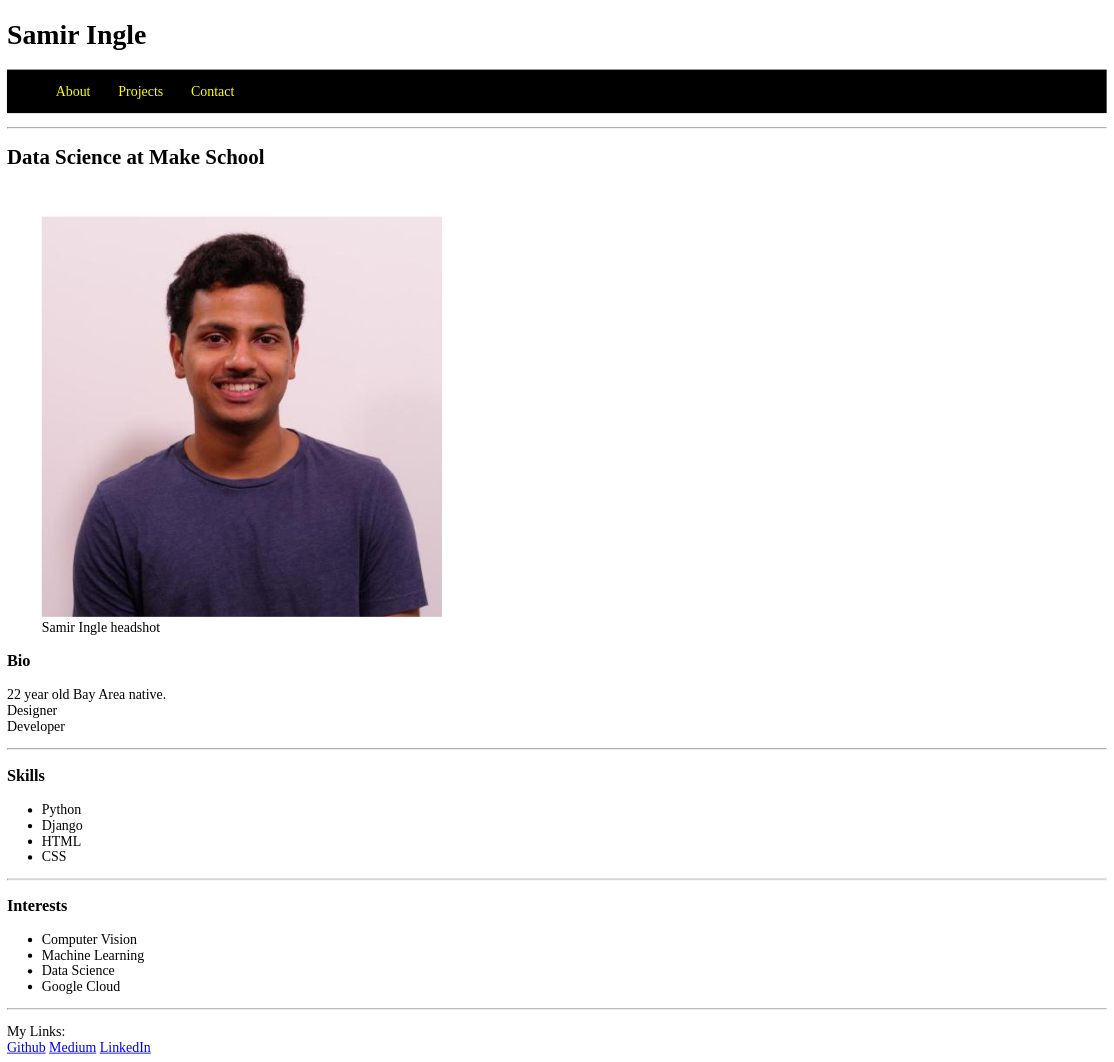
Repository: SamirIngley/html-semantic
Page: index.html
An editor plug-in stored every save of this project. The page is shown before and after the next save, followed by the edit.
The browser window is 1280 px wide. The pictures show the whole page, at 87% of full size.

Above is the page before, as saved 2020-01-28 16:36:22.

After the next save:
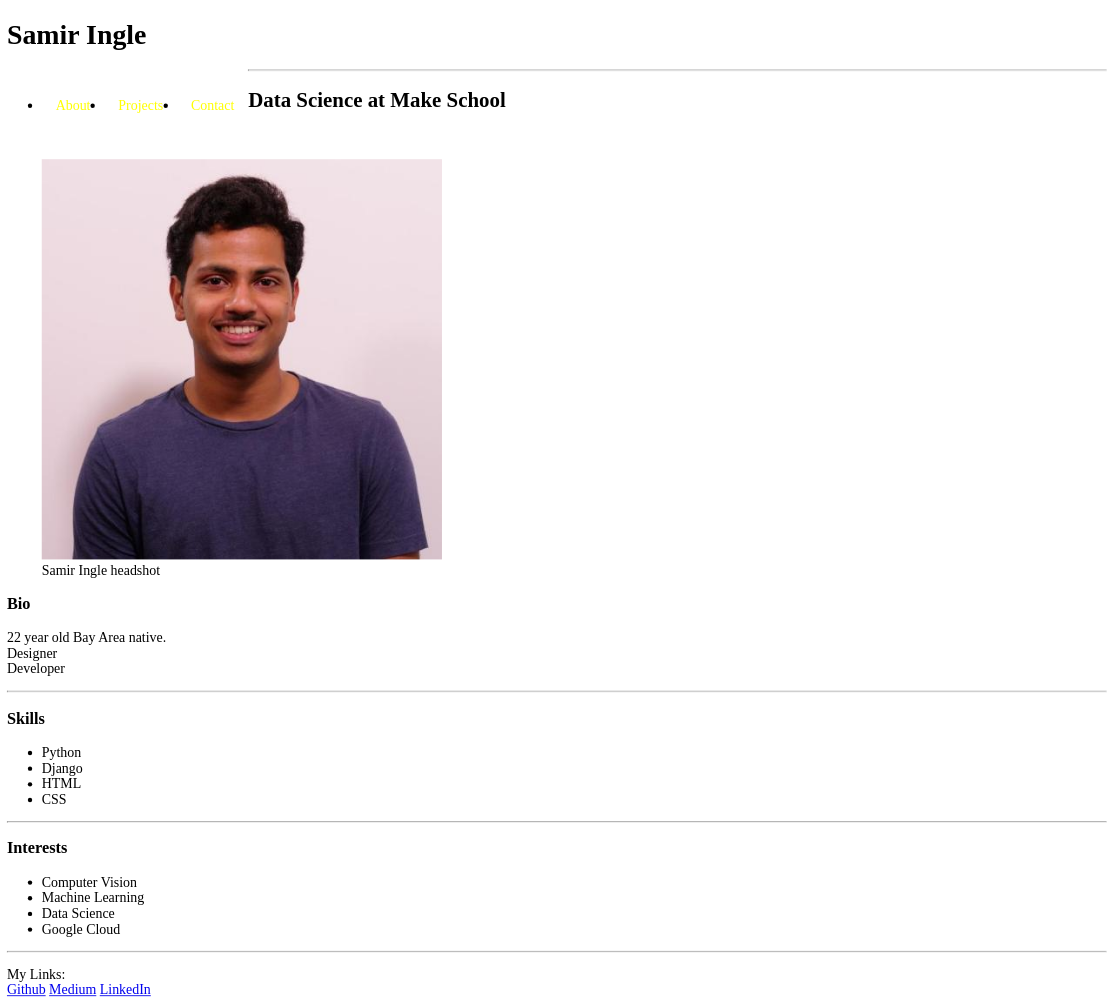
Saved 32 s later.
--- a/styles.css
+++ b/styles.css
@@ -2,7 +2,6 @@
                 background-color: black;
             }
             nav a {
-                float: left;
                 color: yellow;
                 text-align: center;
                 font-size: 1em;
@@ -19,6 +18,7 @@
 
 nav > ul {
     display: flex;
+    float: left;
 }
 
 nav > ul > li {

After the save that followed:
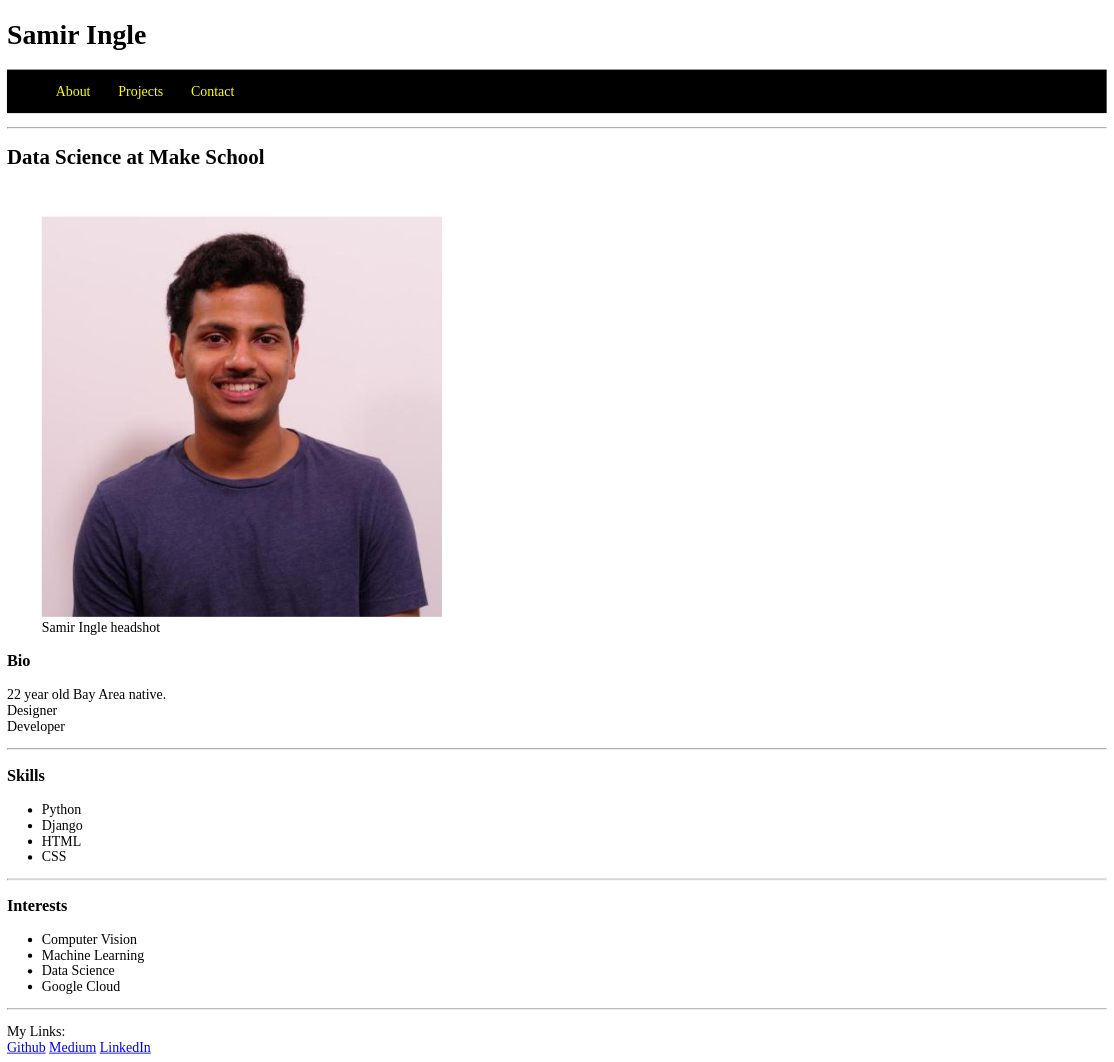
Saved 7 s later.
--- a/styles.css
+++ b/styles.css
@@ -18,7 +18,6 @@
 
 nav > ul {
     display: flex;
-    float: left;
 }
 
 nav > ul > li {
